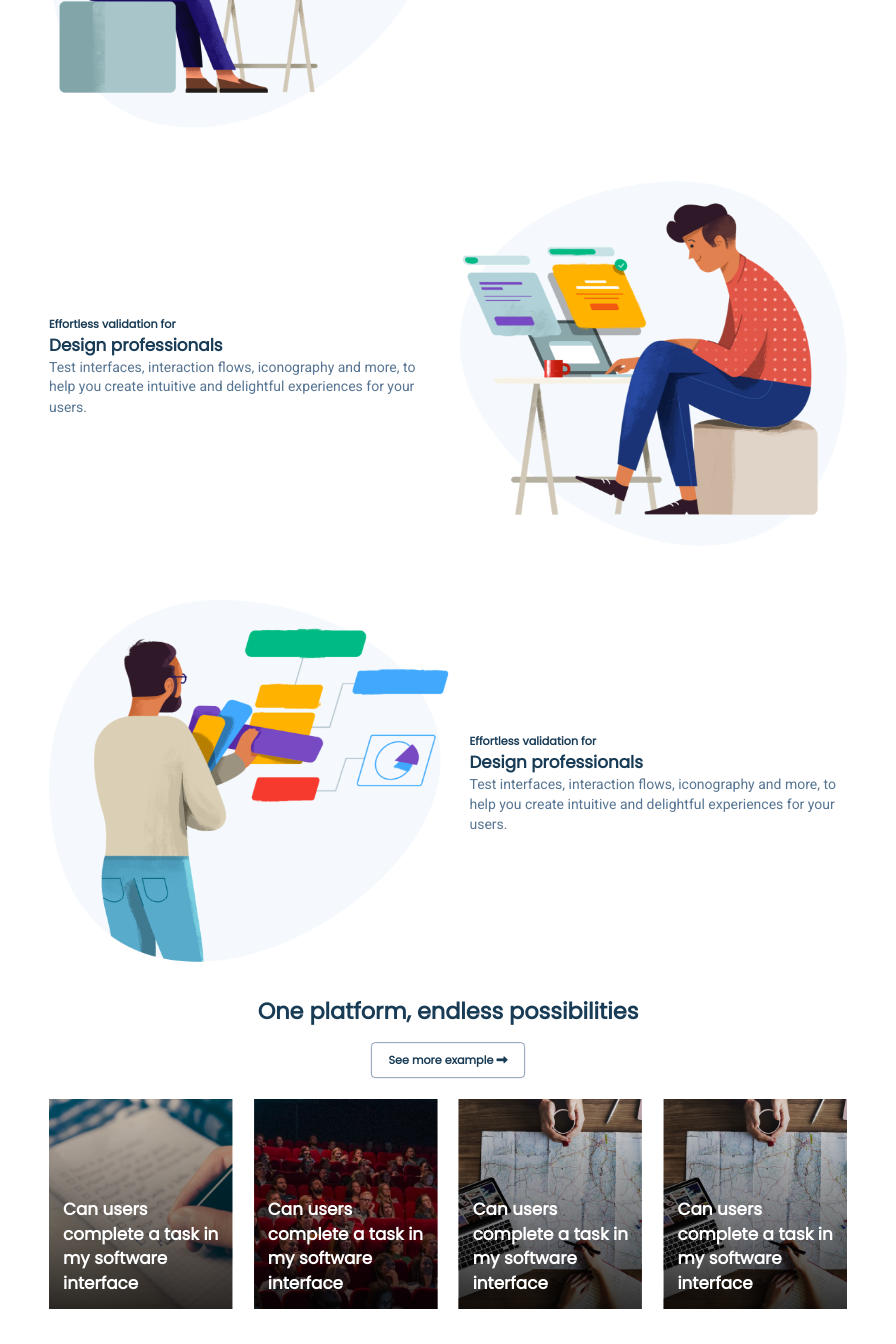
Repository: ramlakhan1/clone1
Page: index.html
These files come from the project's save history. The page is drawn as it stood at one moment and after a run of saves; the edit follows.
The browser window is 1280 px wide. The pictures show the part of the page from y = 2160 to 4080 px (the page is 4080 px tall), at 70% of full size.
Some web libraries are served in a nearby version.

Above is the page before, as saved 2022-11-29 21:40:15.

### index.html
<!DOCTYPE html>
<html lang="en">
  <head>
    <meta charset="UTF-8" />
    <meta http-equiv="X-UA-Compatible" content="IE=edge" />
    <meta name="viewport" content="width=device-width, initial-scale=1.0" />
    <title>Document</title>
    <link rel="stylesheet" href="style.css" />
  </head>
  <body>
    <div class="top-banner">
      <div class="container">
        <div class="small-bold-text banner-text">
          🥳 New to UsabilityHub: Open and closed card sorting!
        </div>
      </div>
    </div>
    <nav>
      <div class="container main-nav flex">
        <a href="#" class="company-logo">
          <img src="./assets/asset 1.png" alt="company logo" />
        </a>
        <div class="nav-links">
          <ul class="flex">
            <li><a href="#" class="hover-links">Products</a></li>
            <li><a href="#" class="hover-links">Customer</a></li>
            <li><a href="#" class="hover-links">Pricing</a></li>
            <li><a href="#" class="hover-links">Resources</a></li>
            <li>
              <a href="#" class="hover-links secondary-button">Sign in</a>
            </li>
            <li><a href="#" class="hover-links primary-button">Sign up</a></li>
          </ul>
        </div>
      </div>
    </nav>
    <header>
      <div class="container header-section flex">
        <div class="header-left">
          <h1>Design confidently</h1>
          <p>
            UsabilityHub is a remote user research platform that takes the
            guesswork out of design decisions by validating them with real
            users.
          </p>
          <a href="#" class="primary-button get-started-btn">Get started</a>
        </div>
        <div class="header-right">
          <img src="./assets/asset 2.png" alt="hero-image" />
        </div>
      </div>
    </header>
    <div class="companies-section">
      <div class="container">
        <div class="small-bold-text companies-header">
          The world’s best companies rely on UsabilityHub to make better design
          decisions.
        </div>
        <div class="logos flex">
          <img src="./assets/asset 3.png" class="logo" alt="" />
          <img src="./assets/asset 4.png" class="logo" alt="" />
          <img src="./assets/asset 5.png" class="logo" alt="" />
          <img src="./assets/asset 6.png" class="logo" alt="" />
          <img src="./assets/asset 7.png" class="logo" alt="" />
          <img src="./assets/asset 8.svg" class="logo" alt="" />
          <img src="./assets/asset 9.png" class="logo" alt="" />
        </div>
      </div>
    </div>
    <section class="features-section">
      <div class="container">
        <div class="features-header">
          <h2>Yours user research Swiss Army knife</h2>
          <a href="#" class="secondary-button"
            >See all feature <i class="fa-solid fa-right-long"></i
          ></a>
        </div>
        <div class="features-area flex">
          <div class="features-card flex">
            <img src="./assets/asset 11.svg" alt="" />
            <h3>Card Sorting</h3>
            <p>Discover how people group and label information.</p>
            <a href="#" class="secondary-button"
              >Learn more <i class="fa-solid fa-right-long"></i
            ></a>
          </div>
          <div class="features-card flex">
            <img src="./assets/asset 13.svg" alt="" />
            <h3>Prototype tests</h3>
            <p>Discover how people navigate your Figma prototypes.</p>
            <a href="#" class="secondary-button"
              >Learn more <i class="fa-solid fa-right-long"></i
            ></a>
          </div>
          <div class="features-card flex">
            <img src="./assets/asset 14.svg" alt="" />
            <h3>First click tests</h3>
            <p>Test interaction with first click and navigation tests.</p>
            <a href="#" class="secondary-button"
              >Learn more <i class="fa-solid fa-right-long"></i
            ></a>
          </div>
          <div class="features-card flex">
            <img src="./assets/asset 15.svg" alt="" />
            <h3>Design surveys</h3>
            <p>Get feedback on images, videos or audio files.</p>
            <a href="#" class="secondary-button"
              >Learn more <i class="fa-solid fa-right-long"></i
            ></a>
          </div>
          <div class="features-card flex">
            <img src="./assets/asset 16.svg" alt="" />
            <h3>Preference tests</h3>
            <p>Find out which designs users prefer and why.</p>
            <a href="#" class="secondary-button"
              >Learn more <i class="fa-solid fa-right-long"></i
            ></a>
          </div>
          <div class="features-card flex">
            <img src="./assets/asset 17.svg" alt="" />
            <h3>Five second tests</h3>
            <p>Test comprehensibility by measuring first impressions.</p>
            <a href="#" class="secondary-button"
              >Learn more <i class="fa-solid fa-right-long"></i
            ></a>
          </div>
        </div>
      </div>
    </section>
    <section class="big-feature-section">
      <div class="container flex big-feature-container">
        <div class="feature-img">
          <img src="./assets/asset 18.png" alt="" />
        </div>
        <div class="feature-desc flex">
          <h4>Effortless validation for</h4>
          <h3>Design professionals</h3>
          <p>
            Test interfaces, interaction flows, iconography and more, to help
            you create intuitive and delightful experiences for your users.
          </p>
        </div>
      </div>
    </section>
    <section class="big-feature-section">
      <div
        class="container flex big-feature-container"
        style="flex-direction: row-reverse"
      >
        <div class="feature-img">
          <img src="./assets/asset 21.png" alt="" />
        </div>
        <div class="feature-desc flex">
          <h4>Effortless validation for</h4>
          <h3>Design professionals</h3>
          <p>
            Test interfaces, interaction flows, iconography and more, to help
            you create intuitive and delightful experiences for your users.
          </p>
        </div>
      </div>
    </section>
    <section class="big-feature-section">
      <div class="container flex big-feature-container">
        <div class="feature-img">
          <img src="./assets/asset 24.png" alt="" />
        </div>
        <div class="feature-desc flex">
          <h4>Effortless validation for</h4>
          <h3>Design professionals</h3>
          <p>
            Test interfaces, interaction flows, iconography and more, to help
            you create intuitive and delightful experiences for your users.
          </p>
        </div>
      </div>
    </section>

    <section class="example-section">
      <div class="container">
        <div class="example-header flex">
          <h2 class="example-heading-text">
            One platform, endless possibilities
          </h2>
          <a href="#" class="secondary-button"
            >See more example <i class="fa-solid fa-right-long"></i
          ></a>
        </div>
        <div class="example-area flex">
          <a href="#" class="examples-card" style=" background: linear-gradient(rgb(0, 0, 0, 0.1), rgb(0, 0, 0, 0.8)), url('./assets/asset\ 34.jpeg'); background-size: cover;">
            <h3 class="card-text">
              Can users complete a task in my software interface
            </h3>
          </a>
          <a href="#" class="examples-card" style=" background: linear-gradient(rgb(0, 0, 0, 0.1), rgb(0, 0, 0, 0.8)), url('./assets/asset\ 36.jpeg');">
            <h3 class="card-text">
              Can users complete a task in my software interface
            </h3>
          </a>
          <a href="#" class="examples-card " style=" background: linear-gradient(rgb(0, 0, 0, 0.1), rgb(0, 0, 0, 0.8)), url('./assets/asset\ 37.jpeg'); background-size: cover;">
            <h3 class="card-text">
              Can users complete a task in my software interface
            </h3>
          </a>
          <a href="#" class="examples-card" style=" background: linear-gradient(rgb(0, 0, 0, 0.1), rgb(0, 0, 0, 0.8)), url('./assets/asset\ 37.jpeg'); background-size: cover;">
            <h3 class="card-text">
              Can users complete a task in my software interface
            </h3>
          </a>
        </div>
      </div>
    </section>
    <section class="cta-section"></section>
    <footer></footer>
    <div class="sunfooter"></div>
    <script
      src="https://kit.fontawesome.com/4353b2cb35.js"
      crossorigin="anonymous"
    ></script>
  </body>
</html>

### style.css
@import url('https://fonts.googleapis.com/css2?family=Poppins&family=Roboto&display=swap');

*{
    margin: 0;
    padding: 0;
    box-sizing: border-box;
}
:root {
    --primary-text-color: #183b56;
    --secondary-text-color: #577592;
    --accent-color: #2294ed;
    --accent-color-dark: #1d69a3;
    --padding-inline-section: 20px;
}
body {
    font-family: 'Poppins', sans-serif;
    color: var(--primary-text-color);
}

h1{
    font-size: 3rem;
}
h2 {
    font-size: 2rem;
}
h3{
    font-size: 1.5rem;
}
p{
    font-family: 'Roboto', sans-serif;
    font-size: 1.25rem;
    color: var(--secondary-text-color);
    line-height: 1.8rem;
}
.primary-button {
    background-color: var(--accent-color);
    border-radius: 6px;
    font-weight: 700;
    color: white !important;;
    padding: 12px 24px;
    box-shadow: 0 0 2px var(--secondary-text-color);
    transition: 0.s ease-out;
}
.secondary-button {
    border: 0.5px solid var(--secondary-text-color);
    border-radius: 6px;
    font-weight: 700;
    color: var(--primary-text-color) !important;
    padding: 12px 24px;
    transition: 0.2 ease-out;
}
.secondary-button:hover {
    border-color: var(--accent-color);
    color: var(--accent-color) !important;
}

.primary-button:hover {
    background-color: var(--accent-color-dark);
}
.hover-links {
    color: var(--primary-text-color)
}

.hover-links:hover {
    color: var(--accent-color);
    transition: 0.2s ease-out;
}

a {
    text-decoration: none;
    display: inline-block;
}
.container {
    max-width: 1180px;
    margin-inline:  auto;
    padding: var(--padding-inline-section);
}
.flex {
    display: flex;
    align-items: center;
}
.small-bold-text {
    font-size: 1rem;
    font-weight: 700;
}
.banner-text {
    color: white;
    padding: 15px 30px;
    text-align: center;
}
.top-banner {
    background-image: url('./assets/asset\30.png');
    background-color: #4fb3d4;
    background-size: 300px;
}
ul{
    list-style-type: none;
}
.main-nav{
    margin-top: 20px;
justify-content: space-between;
}
.company-logo img {
    width: 200px;
}
.nav-links{
    flex-basis: 730px;
}
.nav-links ul{
 justify-content: end;
 gap: 40px;
}

header {
    padding: 50px var(--padding-inline-section) 0;
}
.header-left h1{
    margin-top: 20px;
}
.header-left {
    max-width: 40vw;
}
.header-section {
    justify-content: center;
    gap: 50px;
}

.header-right img {
    width: 600px;
}
.get-started-btn {
    margin-top: 20px;
}

.companies-header {
    text-align: center;
    margin-block: 30px;
    color: var(--primary-text-color);
}
.logos {
    justify-content: space-between;
    flex-wrap: wrap;
}
.logo{
  height: 46px;
}
.features-section{
    padding: 80px var(--padding-inline-section) 0;
    background-image: url('./assets/asset\ 32.svg');
    background-repeat: no-repeat;
    background-position: center;
}
.features-header{
    text-align: center;
}
.features-header h2{
    margin-bottom: 20px;
}
.features-area {
    flex-wrap: wrap;
    justify-content: space-between;
    gap: 40px;
    margin-top: 20px;
}
.features-card {
    flex-direction: column;
    gap: 20px;
    max-width: 30%;
    text-align: center;
}
.big-feature-section {
    padding: 30px var(--padding-inline-section) 0;
}
.big-feature-container {
    gap: 30px;
}
.feature-img img{
 width: 100%;
}
.feature-desc {
    flex-direction: column;
    align-items: flex-start;

}

.example-header {
    /* text-align: center; */
    flex-direction: column;
    gap: 20px;
}
.example-area{
    justify-content: space-between;
    margin-block: 30px;
}

.examples-card {
    width: 23%;
    position: relative;
    min-height: 300px;
    background: black;
    background: linear-gradient(rgb(0, 0, 0, 0.1), rgb(0, 0, 0, 0.8)), url('./assets/asset\ 35.jpeg');
}
.card-text{
    position: absolute;
    bottom: 20px;
    left: 20px;
    right: 20px;
    color: white;
}

After the next 2 saves:
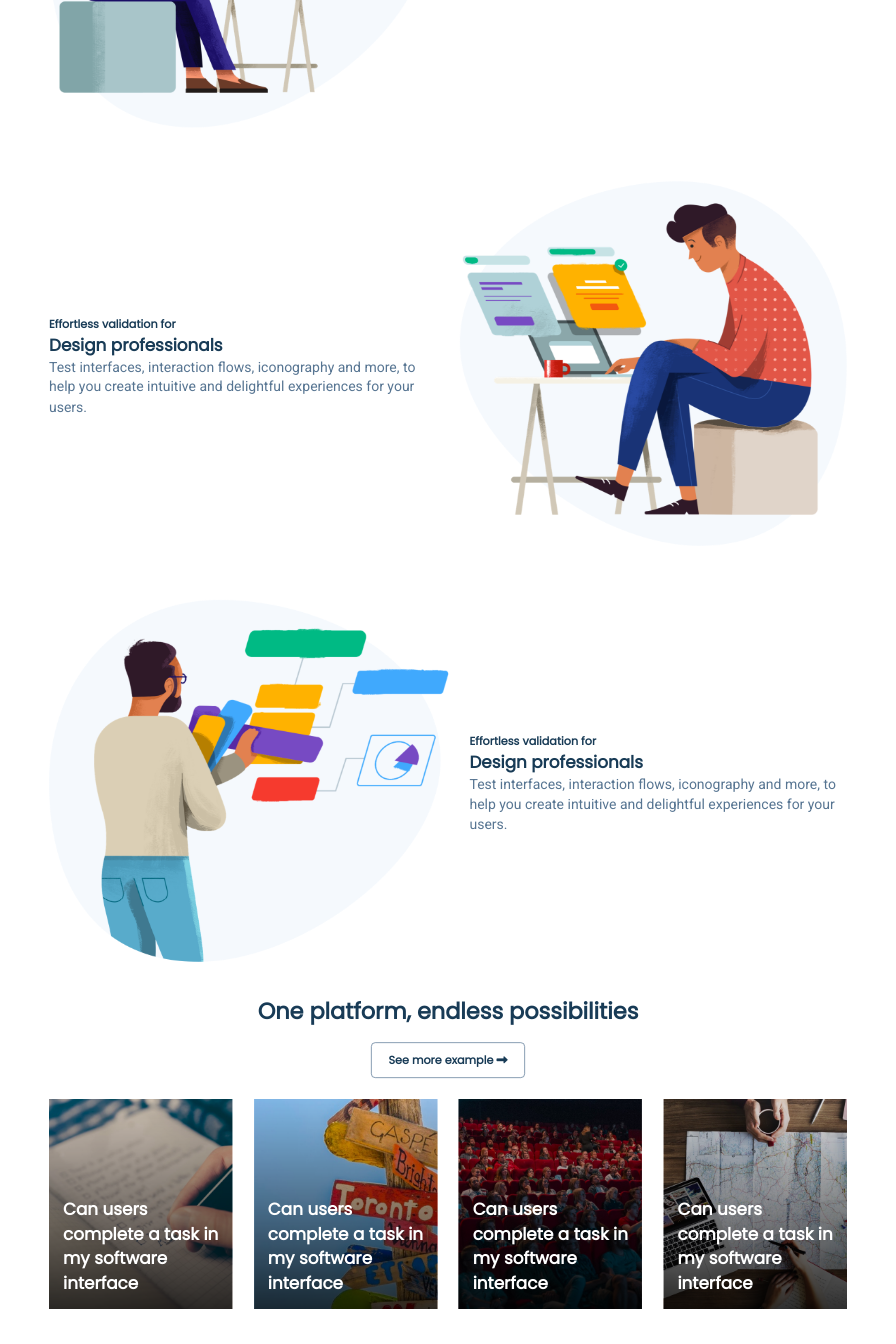
The 2 saves are shown as one change because they came seconds apart.
The last was saved 7 s later.
--- a/index.html
+++ b/index.html
@@ -192,12 +192,12 @@
               Can users complete a task in my software interface
             </h3>
           </a>
-          <a href="#" class="examples-card" style=" background: linear-gradient(rgb(0, 0, 0, 0.1), rgb(0, 0, 0, 0.8)), url('./assets/asset\ 36.jpeg');">
-            <h3 class="card-text">
-              Can users complete a task in my software interface
-            </h3>
-          </a>
-          <a href="#" class="examples-card " style=" background: linear-gradient(rgb(0, 0, 0, 0.1), rgb(0, 0, 0, 0.8)), url('./assets/asset\ 37.jpeg'); background-size: cover;">
+          <a href="#" class="examples-card" style=" background: linear-gradient(rgb(0, 0, 0, 0.1), rgb(0, 0, 0, 0.8)), url('./assets/asset\ 35.jpeg');">
+            <h3 class="card-text">
+              Can users complete a task in my software interface
+            </h3>
+          </a>
+          <a href="#" class="examples-card " style=" background: linear-gradient(rgb(0, 0, 0, 0.1), rgb(0, 0, 0, 0.8)), url('./assets/asset\ 36.jpeg'); background-size: cover;">
             <h3 class="card-text">
               Can users complete a task in my software interface
             </h3>
